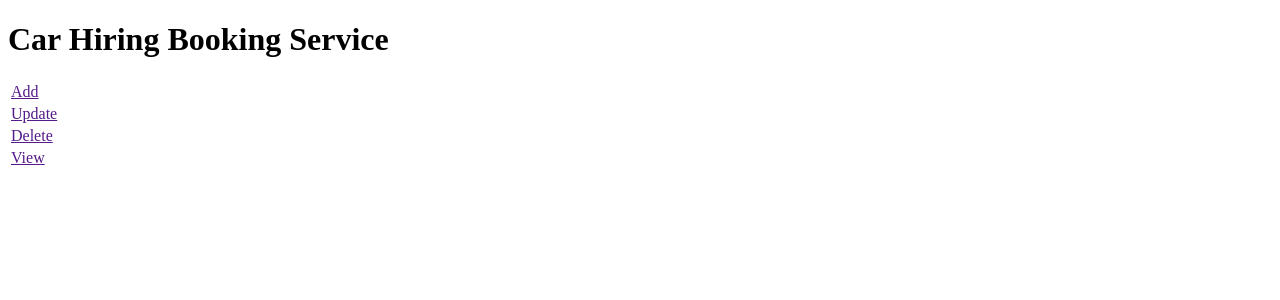
Repository: abigailCul/DistributedSystemsProject
Page: http://localhost/bookingClient/jsp/index.jsp
These files come from the project's save history. The page is drawn as it stood at one moment and after the next save; the edit follows.
The browser window is 1280 px wide. The pictures show the whole page.
The page is served by Tomcat 9.

Above is the page before, as saved 2018-12-10 18:25:17.

After the next save:
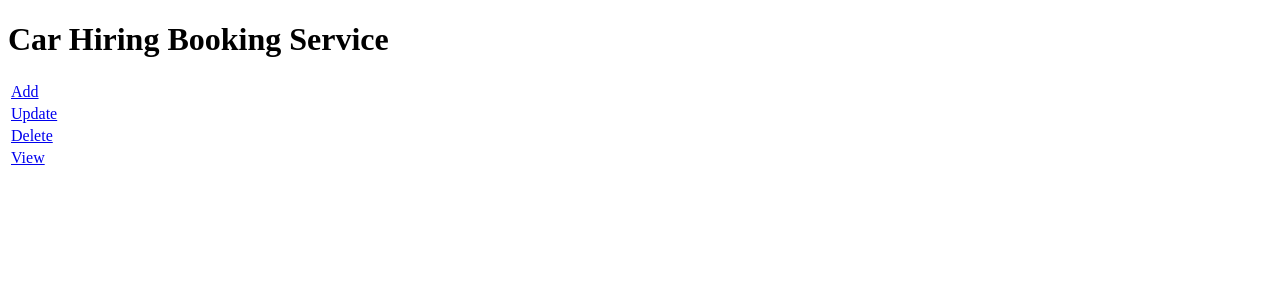
Saved 71 s later.
--- a/WorkingProject/bookingClient/src/main/webapp/jsp/index.jsp
+++ b/WorkingProject/bookingClient/src/main/webapp/jsp/index.jsp
@@ -10,16 +10,16 @@
 	<h1>Car Hiring Booking Service</h1>
 	<table>
 		<tr>
-			<td><a href="">Add</a></td>
+			<td><a href="/addAccount">Add</a></td>
 		</tr>
 		<tr>
-			<td><a href="">Update</a></td>
+			<td><a href="/updateAccount">Update</a></td>
 		</tr>
 		<tr>
-			<td><a href="">Delete</a></td>
+			<td><a href="/deleteAccount">Delete</a></td>
 		</tr>
 		<tr>
-			<td><a href="">View</a></td>
+			<td><a href="viewAccount">View</a></td>
 		</tr>
 	</table>
 </body>
